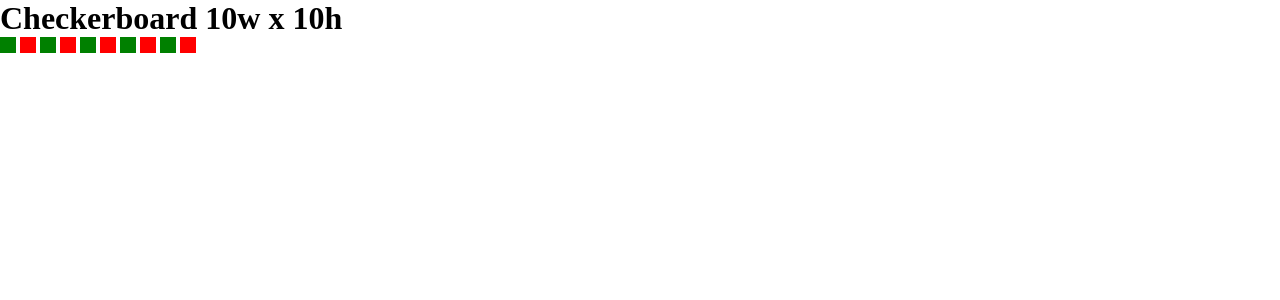
Repository: bchang1213/javaEE
Page: http://localhost/Checkerboard/view.jsp
An editor plug-in stored every save of this project. The page is shown before and after the next save, followed by the edit.
The browser window is 1280 px wide. The pictures show the whole page.
The page is served by Tomcat 9.

Above is the page before, as saved 2017-10-05 20:25:57.

After the next save:
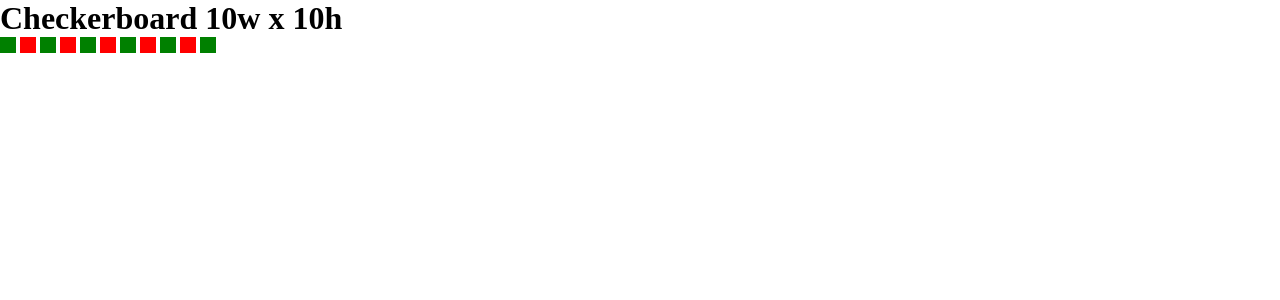
Saved 2 min 33 s later.
--- a/Checkerboard/WebContent/view.jsp
+++ b/Checkerboard/WebContent/view.jsp
@@ -29,7 +29,7 @@
 
 	<h1>Checkerboard <%= width %>w x <%=  height %>h</h1>
 
-		<%for(int i = 1; i <= width;i++){ %>
+		<%for(int i = 0; i <= width;i++){ %>
 			<div class='block'></div>
 		<%} %>
 

After the save that followed:
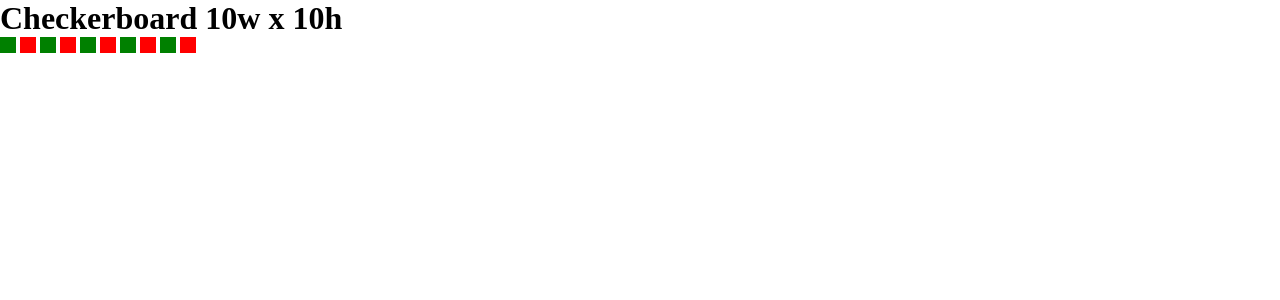
Saved 15 s later.
--- a/Checkerboard/WebContent/view.jsp
+++ b/Checkerboard/WebContent/view.jsp
@@ -29,7 +29,7 @@
 
 	<h1>Checkerboard <%= width %>w x <%=  height %>h</h1>
 
-		<%for(int i = 0; i <= width;i++){ %>
+		<%for(int i = 1; i <= width;i++){ %>
 			<div class='block'></div>
 		<%} %>
 
